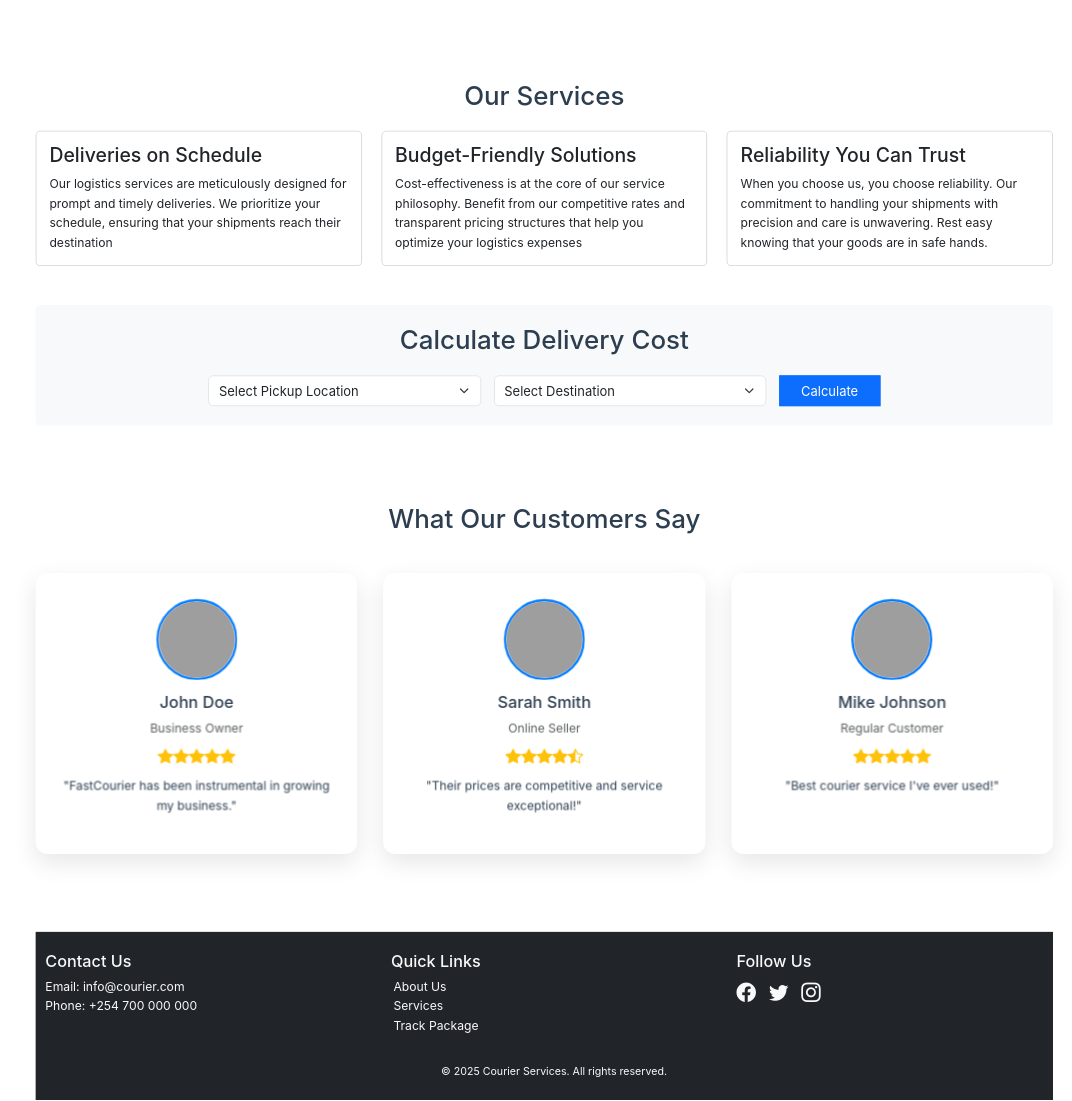
Repository: stancillous/package-yangu-logistics
Page: /
An editor plug-in stored every save of this project. The page is shown before and after a run of saves, followed by the edit.
The browser window is 1280 px wide. The page is 1324 px wide, so the pictures cover 1324 px, including what lies to the right of the window. The pictures show the part of the page from y = 676 to 2044 px (the page is 2035 px tall before and 2044 px after), at 81% of full size.
Pictures or frames that could not be fetched are drawn as grey boxes. The project was rebuilt for these pictures with package versions that can differ from the ones it lists, and the page was loaded fresh each time. Also part of the build but not shown: vite.config.ts.

Above is the page before, as saved 2025-01-31 14:10:40.

After the next 11 saves:
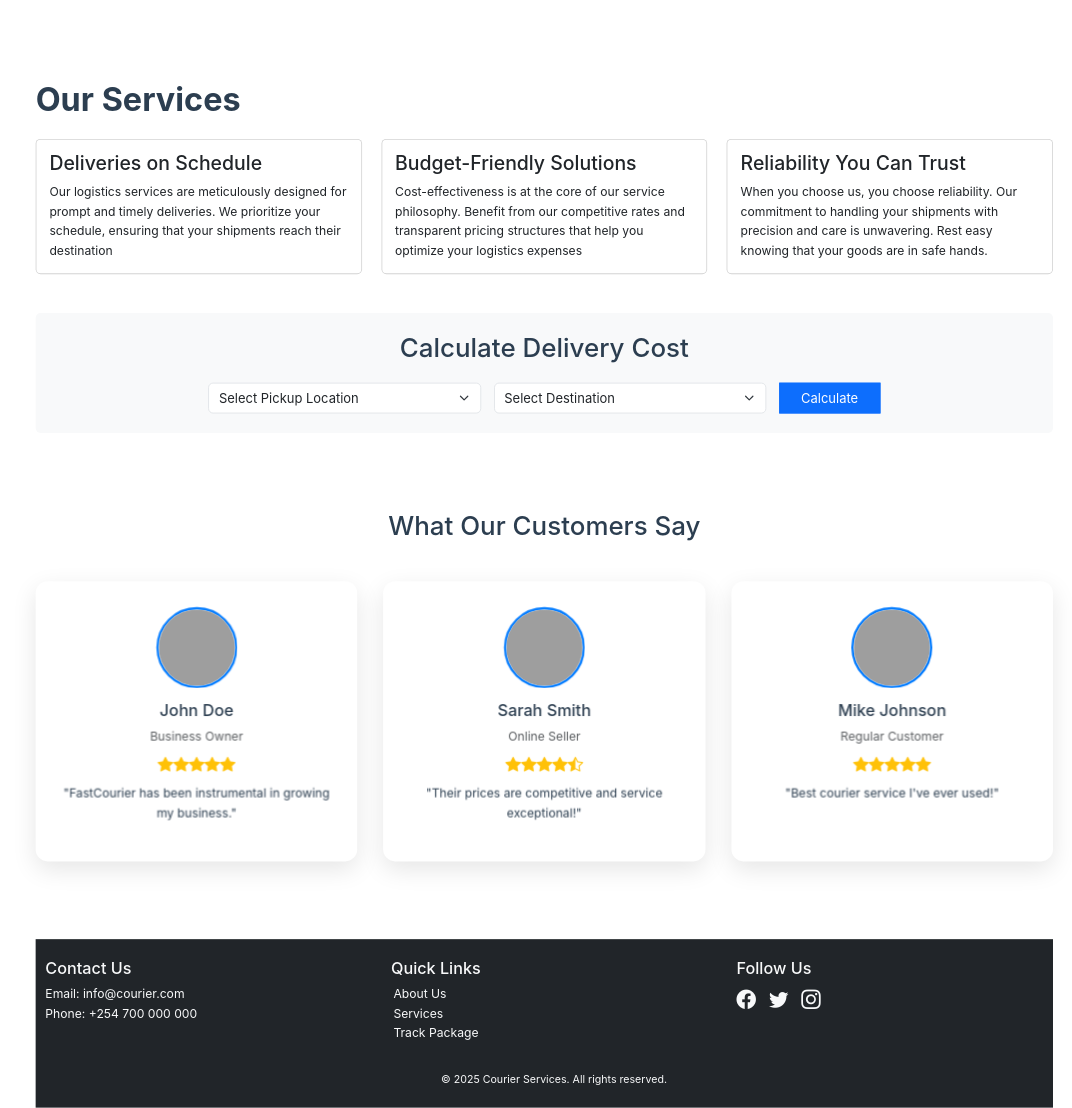
The 11 saves are shown as one change because they came seconds apart.
The last was saved 26 s later.
--- a/src/views/Index.vue
+++ b/src/views/Index.vue
@@ -35,7 +35,7 @@
 
         <!-- Services Section -->
         <div style="padding-top: 700px;" class="">
-          <h2 class="text-center mb-4">Our Services</h2>
+          <h2 class="fw-bold display-6 mb-4">Our Services</h2>
           <div class="row g-4">
             <div class="col-md-4">
               <div class="card h-100">
